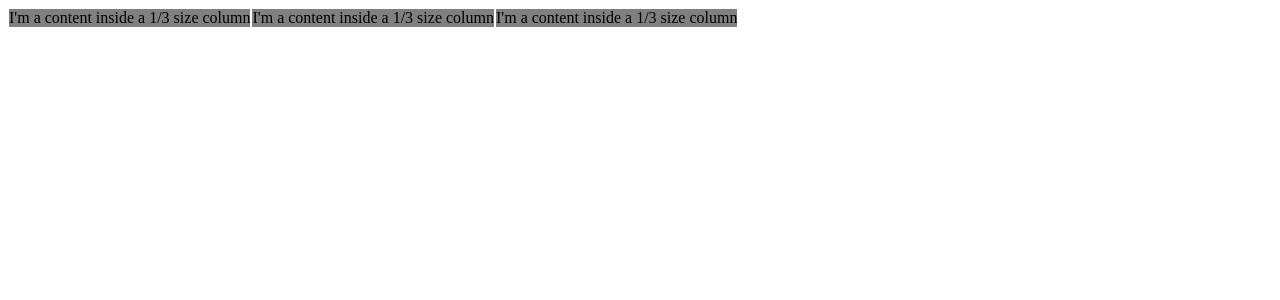
Repository: ervinne13/gg-basic-web-frontend-development
Page: modules/css/long-samples/grid-system-1.html
The author's editor kept a copy of each file at every save. The page is drawn from the files as they stood at one save, then again after the next save.
The browser window is 1280 px wide. The pictures show the whole page.

Above is the page before, as saved 2019-07-04 17:01:06.

After the next save:
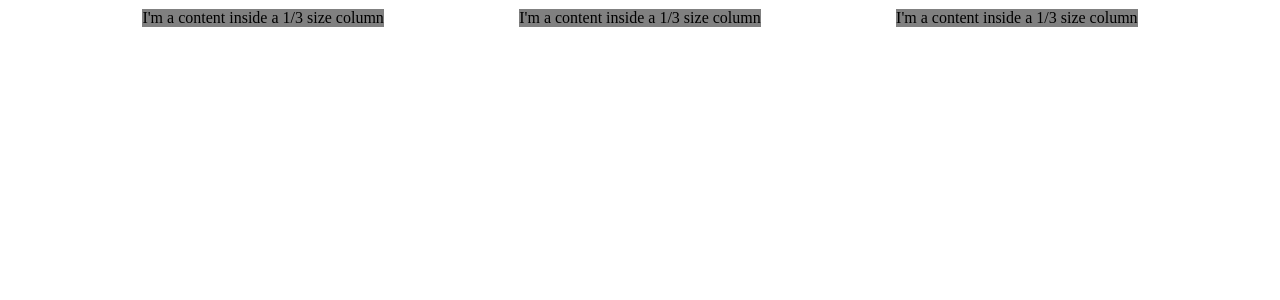
Saved 7 s later.
--- a/modules/css/long-samples/grid-system-1.html
+++ b/modules/css/long-samples/grid-system-1.html
@@ -8,7 +8,7 @@
 
             .container .row {
                 display: flex;
-                justify-content: stretch;
+                justify-content: space-evenly;
             }
 
             .container .row .col {
